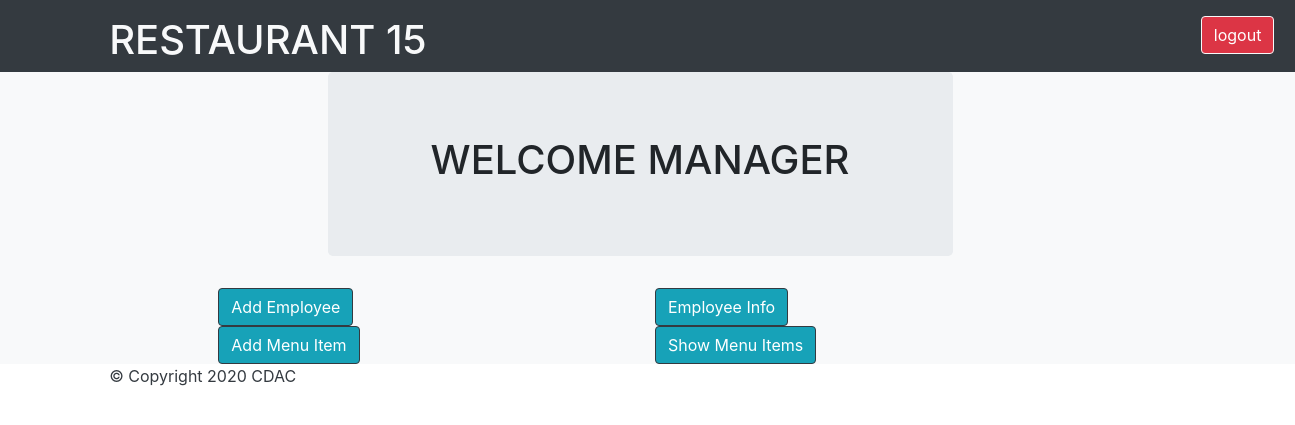
Repository: Pedaxx-IT-solution/E-Waiter-Stuff-
Page: http://localhost/ProjectEwaiter/WEB-INF/views/welcomemgr.jsp
These files come from the project's save history. The page is drawn as it stood at one moment and after the next save; the edit follows.
The browser window is 1280 px wide. The page is 1295 px wide, so the pictures cover 1295 px, including what lies to the right of the window. The pictures show the whole page.
The page is served by Tomcat 9. Nobody is signed in. The template is opened directly, without the code that normally fills it, so the values that code supplies are empty.

Above is the page before, as saved 2020-01-25 22:45:42.

After the next save:
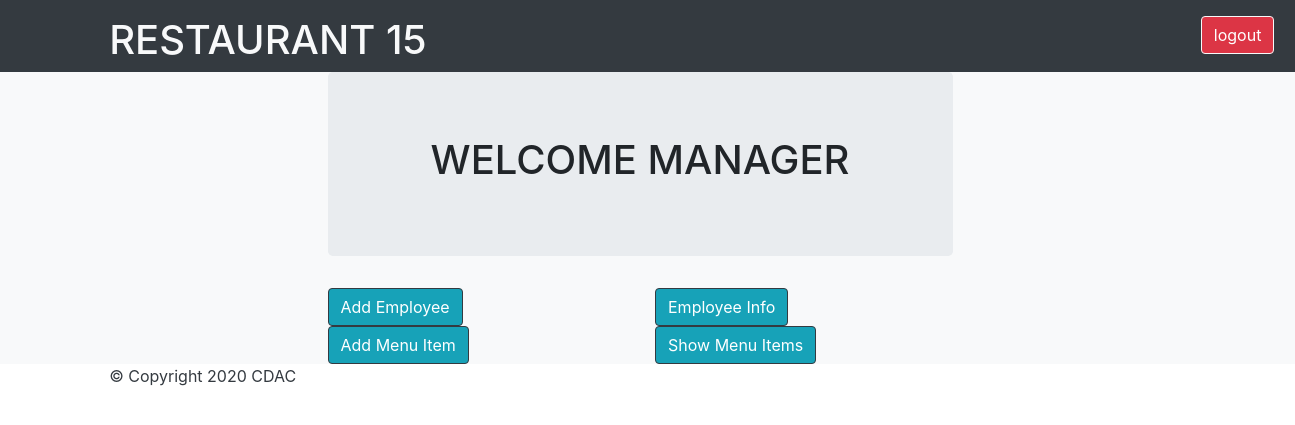
Saved 72 s later.
--- a/MyProject/ProjectEwaiter/src/main/webapp/WEB-INF/views/welcomemgr.jsp
+++ b/MyProject/ProjectEwaiter/src/main/webapp/WEB-INF/views/welcomemgr.jsp
@@ -42,18 +42,18 @@ response.setHeader("Expires", "0");
 
 
 		<div class="row bg-light">
-			<div class="col-2"></div>
-			<div class="col-4">
+			<div class="col-3"></div>
+			<div class="col-3">
 
 					<a href="/user/register" class="btn btn-info border-dark" role="button">Add Employee</a>
 
 			</div>
 
-			<div class=" col-4">
+			<div class=" col-3">
 
 					<a href="/user/showemp" class="btn btn-info border-dark" role="button">Employee Info</a>
 			</div>
-			<div class="col-2"></div>
+			<div class="col-3"></div>
 
 		</div>
 
@@ -61,18 +61,18 @@ response.setHeader("Expires", "0");
 
 
 		<div class="row bg-light">
-			<div class="col-2"></div>
-			<div class="col-4">
+			<div class="col-3"></div>
+			<div class="col-3">
 
 							<a href="/user/menu/addMenu" class="btn btn-info border-dark" role="button">Add Menu Item</a>
 
 			</div>
 
-			<div class=" col-4">
+			<div class=" col-3">
 
 							<a href="/user/menu/showMenu" class="btn btn-info border-dark" role="button">Show Menu Items</a>
 			</div>
-			<div class="col-2"></div>
+			<div class="col-3"></div>
 
 		</div>
 
